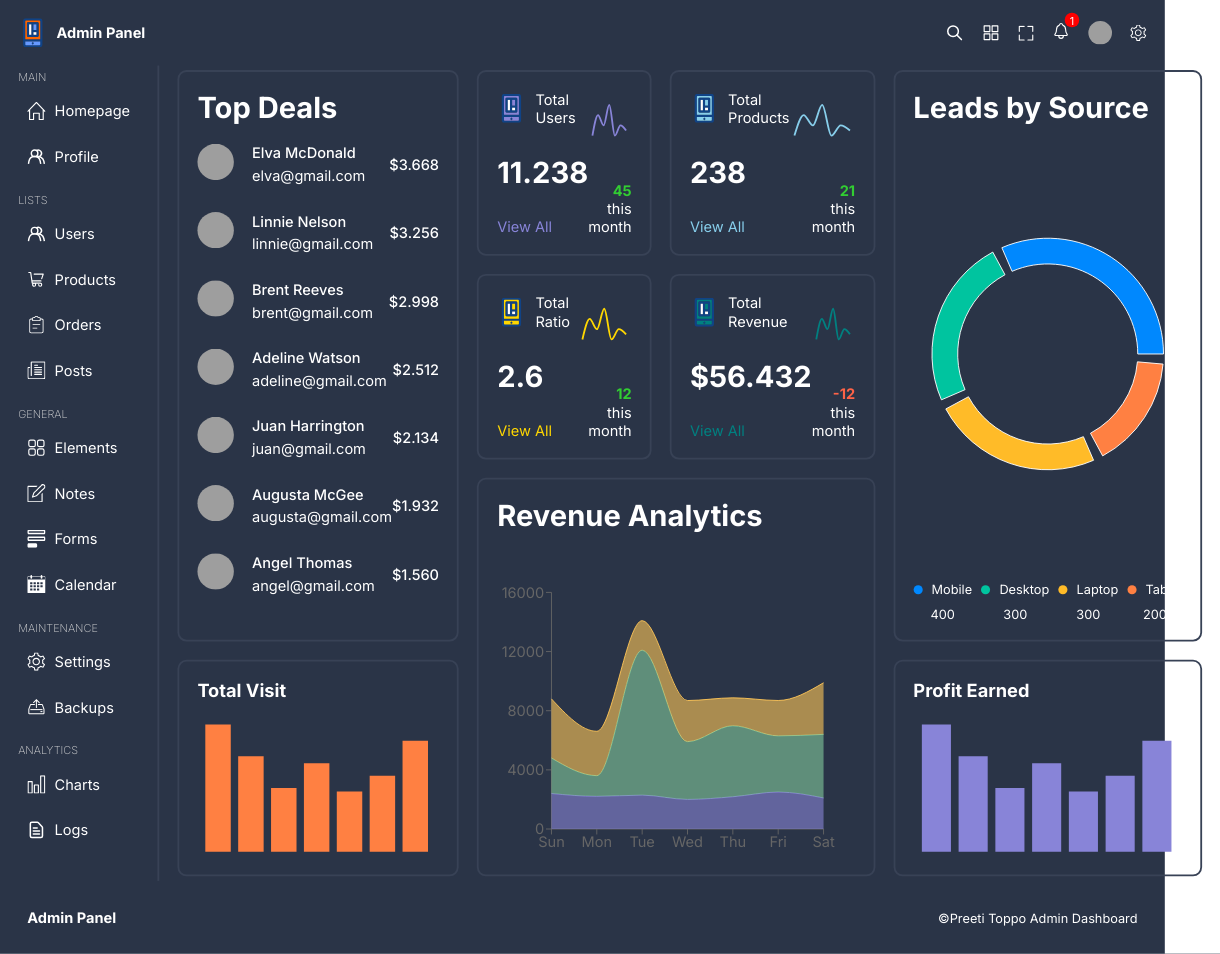
Repository: PreetiToppo/Dashboard
Page: / (app in Dashboard/)
These files come from the project's save history. The page is drawn as it stood at one moment and after the next save; the edit follows.
The browser window is 1280 px wide. The page is 1341 px wide, so the pictures cover 1341 px, including what lies to the right of the window. The pictures show the whole page, at 91% of full size.
Pictures or frames that could not be fetched are drawn as grey boxes. The project was rebuilt for these pictures with package versions that can differ from the ones it lists, and the page was loaded fresh each time. Also part of the build but not shown: Dashboard/vite.config.ts, Dashboard/src/components/dataTable/dataTable.scss, Dashboard/src/components/dataTable/DataTable.tsx, Dashboard/src/pages/users/users.scss, Dashboard/src/components/add/add.scss, Dashboard/src/components/add/Add.tsx, Dashboard/src/pages/users/Users.tsx, Dashboard/src/pages/products/products.scss and 8 more.

Above is the page before, as saved 2023-08-16 23:36:04.

### Dashboard/src/App.tsx
import Home from "./pages/home/Home"
import {
  createBrowserRouter,
  RouterProvider,
  Outlet,
} from "react-router-dom"
import Users from "./pages/users/Users"
import Products from "./pages/products/Products"
import {Navbar} from "./components/navbar/Navbar"
import { Footer } from "./components/footer/Footer"
import { Menu } from "./components/menu/Menu"
import Login from "./pages/login/Login"
import "./styles/global.scss"
import User from "./pages/user/User"
import Product from "./pages/product/Product"
import { QueryClientProvider, QueryClient } from "@tanstack/react-query"

const queryClient=new QueryClient();
function App() {

  const Layout = () => {
    return (
      <div className="main">
        <Navbar />
        <div className="container">
          <div className="menuContainer">
            <Menu/>
          </div>
          <div className="contentContainer">
            <QueryClientProvider client={queryClient}>
            <Outlet/>
            </QueryClientProvider>

          </div>
        </div>
        <Footer/>
      </div>
    )
  }

  const router = createBrowserRouter ( [
    {
      path: "/",
      element: <Layout/>,
      children:[
        {
          path: "/",
          element:<Home />,
        },
        {
          path:"/users",
          element :<Users/>
        },
        {
          path :"/products",
          element :  <Products/>
        },
        {
          path :"/users/:id",
          element :  <User/>
        },
        {
          path :"/products/:id",
          element :  <Product/>
        },
        ]
    },
    {
      path:"/login",
      element:<Login/>
    }
  ])

  return (
    <RouterProvider router = {router}/>
  )
}

export default App

### Dashboard/src/pages/home/Home.tsx
import BarChartBox from "../../components/barChartBox/BarChartBox"
import BigChartBox from "../../components/bigChartBox.tsx/BigChartBox"

import ChartBox from "../../components/chartBox/ChartBox"
import PieChartBox from "../../components/pieChartBox/PieChartBox"
import TopBox from "../../components/topBox/TopBox"
import { barChartBoxRevenue, barChartBoxVisit, chartBoxConversion, chartBoxProduct, chartBoxRevenue, chartBoxUser } from "../../data"
import "./home.scss"
function Home() {
  return (
    <div className="home">
      <div className="box box1">
        <TopBox/>
      </div>
      <div className="box box2"><ChartBox {...chartBoxUser}/></div>
      <div className="box box3"><ChartBox {...chartBoxProduct}/></div>
      <div className="box box4"><PieChartBox/></div>
      <div className="box box5"><ChartBox {...chartBoxConversion}/></div>
      <div className="box box6"><ChartBox {...chartBoxRevenue}/></div>
      <div className="box box7"><BigChartBox/></div>
      <div className="box box8"><BarChartBox {...barChartBoxVisit}/></div>
      <div className="box box9"><BarChartBox {...barChartBoxRevenue}/></div>
    </div>
  )
}

export default Home

### Dashboard/src/components/navbar/Navbar.tsx
import './navbar.scss'

export const Navbar = () => {
  return (
    <div className='navbar'>
      <div className="logo">
        <img src="logo.svg" alt="" />
        <span>Admin Panel</span>
      </div>
      <div className="icons">
        <img src="/search.svg" alt="" />
        <img src="/app.svg" alt="" />
        <img src="expand.svg" alt="" />
        <div className="notification">
          <img src="/notifications.svg" alt="" />
          <span>1</span>
        </div>
        <div className="user">
          <img src="https://images.unsplash.com/photo-1616325629936-99a9013c29c6?ixlib=rb-4.0.3&ixid=M3wxMjA3fDB8MHxwaG90by1wYWdlfHx8fGVufDB8fHx8fA%3D%3D&auto=format&fit=crop&w=387&q=80" alt="" />
        </div>
        <img src="settings.svg" alt="" />
      </div>
    </div>
  )
}

### Dashboard/src/components/footer/Footer.tsx
import './footer.scss'

export const Footer = () => {
  return (
    <div className='footer'>
      <span>Admin Panel</span>
      <span>©Preeti Toppo Admin Dashboard</span>
    </div>
  )
}

### Dashboard/src/components/menu/Menu.tsx
import { Link } from 'react-router-dom'
import './menu.scss'
import {menu} from "../../data"

export const Menu = () => {
  return (
    <div className='menu'>
      {
        menu.map((item) => (
          <div className="item" key = {item.id}>
          <span className="title">{item.title}</span>
          {
            item.listItems.map((listItem) => (
              <Link to={listItem.url} className='listItem' key={listItem.id}>
          <img src={listItem.icon} alt="" />
          <span className='listItemTitle'>{listItem.title}</span>
          </Link>
            ))
          }
        </div>
        ))
      }
    </div>
  )
}

### Dashboard/src/styles/global.scss
@import "./variables.scss";
@import "./responsive.scss";

* {
  margin: 0;
  padding: 0;
  box-sizing: border-box;
}

a {
  text-decoration: none;
  color: inherit;
}

.main {
  font-family: "Inter", sans-serif;
  background-color: $main-bg;
  color: $main-color;
}

.container{
  display: flex;
}

.menuContainer {
  width: 250px;
  padding: 5px 20px;
  border-right:2px solid $soft-bg;

  @include lg{
    width: max-content;
  }
}

.contentContainer {
  width: 100%;
  padding: 5px 20px;
}

### Dashboard/src/components/barChartBox/BarChartBox.tsx
import { Bar, BarChart, ResponsiveContainer, Tooltip } from "recharts"
import "./barChatBox.css"

type Props = {
    title: string;
    color: string;
    dataKey: string;
    chartData: object[];
}
function BarChartBox(props: Props) {
  return (
    <div className="barChartBox">
        <h1>{props.title}</h1>
        <div className="chart">
            <ResponsiveContainer width="99%" height={150}>
                <BarChart data={props.chartData}>
                    <Tooltip contentStyle={{background:"#2a3447", borderRadius:"5px"}}
                    labelStyle={{display:"none"}}
                    cursor={{fill:"none"}} />
                    <Bar dataKey={props.dataKey} fill={props.color} />
                </BarChart>
            </ResponsiveContainer>
        </div>
    </div>
  )
}

export default BarChartBox

### Dashboard/src/components/bigChartBox.tsx/BigChartBox.tsx
import {
    Area,
    AreaChart,
    ResponsiveContainer,
    Tooltip,
    XAxis,
    YAxis,
  } from "recharts";
  import "./bigChartBox.scss";

  const data = [
    {
      name: "Sun",
      books: 4000,
      clothes: 2400,
      electronic: 2400,
    },
    {
      name: "Mon",
      books: 3000,
      clothes: 1398,
      electronic: 2210,
    },
    {
      name: "Tue",
      books: 2000,
      clothes: 9800,
      electronic: 2290,
    },
    {
      name: "Wed",
      books: 2780,
      clothes: 3908,
      electronic: 2000,
    },
    {
      name: "Thu",
      books: 1890,
      clothes: 4800,
      electronic: 2181,
    },
    {
      name: "Fri",
      books: 2390,
      clothes: 3800,
      electronic: 2500,
    },
    {
      name: "Sat",
      books: 3490,
      clothes: 4300,
      electronic: 2100,
    },
  ];

  const BigChartBox = () => {
    return (
      <div className="bigChartBox">
        <h1>Revenue Analytics</h1>
        <div className="chart">
          <ResponsiveContainer width="99%" height="100%">
            <AreaChart
              data={data}
              margin={{
                top: 10,
                right: 30,
                left: 0,
                bottom: 0,
              }}
            >
              <XAxis dataKey="name" />
              <YAxis />
              <Tooltip />
              <Area
                type="monotone"
                dataKey="electronic"
                stackId="1"
                stroke="#8884d8"
                fill="#8884d8"
              />
              <Area
                type="monotone"
                dataKey="clothes"
                stackId="1"
                stroke="#82ca9d"
                fill="#82ca9d"
              />
              <Area
                type="monotone"
                dataKey="books"
                stackId="1"
                stroke="#ffc658"
                fill="#ffc658"
              />
            </AreaChart>
          </ResponsiveContainer>
        </div>
      </div>
    );
  };

  export default BigChartBox;

### Dashboard/src/components/chartBox/ChartBox.tsx
import { ResponsiveContainer } from 'recharts'
import { LineChart, Line,Tooltip } from 'recharts'
import { Link} from 'react-router-dom';
import './chartBox.scss'

type Props = {
    color:string;
    icon:string;
    title:string;
    dataKey:string;
    number:number | string;
    percentage:number;
    chartData:object[];
}

function ChartBox(props: Props) {

  return (
    <div className='chartBox'>
        <div className="boxInfo">
            <div className="title">
                <img src={props.icon} alt="" />
                <span>{props.title}</span>
            </div>
            <h1>{props.number}</h1>
            <Link to="/" style={{color:props.color}}>
            View All</Link>
        </div>
        <div className="chartInfo">
            <div className="chart">
                <ResponsiveContainer width="99%" height="100%">
                    <LineChart data={props.chartData}>
                        <Tooltip
                         contentStyle={{ background: "transparent", border: "none" }}
                         labelStyle={{ display: "none" }}
                         position={{ x: 10, y: 60 }}/>
                        <Line type="monotone" dataKey={props.dataKey}stroke={props.color} strokeWidth={2} dot={false}/>
                    </LineChart>
                </ResponsiveContainer>
            </div>
            <div className="texts">
                <span className="percentage" style={{color:props.percentage<0 ? "tomato" : "limegreen"}}>{props.percentage}</span>
                <span className="duration">this month</span>
            </div>
        </div>
    </div>
  )
}

export default ChartBox

### Dashboard/src/components/pieChartBox/PieChartBox.tsx
import { Cell, Pie, PieChart, ResponsiveContainer, Tooltip } from "recharts"
import "./pieChartBox.scss"

export default function PieChartBox() {

    const data = [
        { name: "Mobile", value: 400, color: "#0088FE"},
        { name: "Desktop", value: 300, color: "#00C49F"},
        { name: "Laptop", value: 300, color: "#FFBB28"},
        { name: "Tablet", value: 200, color: "#FF8042"},
    ]
  return (
    <div className="pieChartBox">
        <h1>Leads by Source</h1>
        <div className="chart">
            <ResponsiveContainer width="99%" height={300}>
            <PieChart>
            <Tooltip
              contentStyle={{ background: "white", borderRadius: "5px" }}
            />
            <Pie
              data={data}
              innerRadius={"70%"}
              outerRadius={"90%"}
              paddingAngle={5}
              dataKey="value"
            >
              {data.map((item) => (
                <Cell key={item.name} fill={item.color} />
              ))}
            </Pie>
          </PieChart>
            </ResponsiveContainer>
        </div>
        <div className="options">
            {data.map(item => (
                <div className="option" key={item.name}>
                    <div className="title">
                    <div className="dot" style={{backgroundColor: item.color}}></div>
                    <span>{item.name}</span>
                </div>
                <span>{item.value}</span>
                </div>

            ))}
        </div>
    </div>
  )
}

### Dashboard/src/components/topBox/TopBox.tsx
import './topBox.scss'
import {topDealUsers} from "../../data.ts"

function TopBox() {
  return (
    <div className='topBox'>
        <h1>Top Deals</h1>
        <div className="list">
            {topDealUsers.map((user) => (
                <div className="listItem" key={user.id}>
                    <div className="user">
                        <img src={user.img} alt="" />
                        <div className="userTexts">
                            <span className="username">{user.username}</span>
                            <span className="email">{user.email}</span>
                        </div>
                    </div>
                    <span className="amount">${user.amount}</span>
                </div>

               ))}
        </div>
    </div>
  )
}

export default TopBox

### Dashboard/src/pages/home/home.scss
@import '../../styles/variables.scss';
@import "../../styles/responsive.scss";
.home{

    display: grid;
    gap: 20px;
    grid-template-columns: 1fr 1fr 1fr 1fr;
    grid-auto-rows: minmax(180px,auto);
    grid-auto-flow: dense;

    @include xl {
        grid-template-columns: repeat(3, 1fr);
    }

    @include lg {
        grid-template-columns: repeat(2, 1fr);
    }

    @include md {
        grid-template-columns: repeat(1, 1fr);
    }

    @include sm {
        grid-auto-rows: minmax(120px,auto);
    }

    .box {
        padding: 20px;
        border-radius: 10px;
        border: 2px solid $soft-bg;
    }

    .box1{
        grid-column: span 1;
        grid-row: span 3;
    }

    .box4{
        grid-column: span 1;
        grid-row: span 3;
    }

    .box7{
        grid-column: span 2;
        grid-row: span 2;

        @include md {
           display: none;
        }
    }
}

### Dashboard/src/components/navbar/navbar.scss
@import "../../styles/responsive.scss";
.navbar {
    width: 100%;
    padding: 20px;
    display: flex;
    align-items: center;
    justify-content: space-between;

    .logo {
        display: flex;
        align-items: center;
        font-weight: bold;
        gap: 10px;
    }

    .icons{
        display:flex;
        align-items: center;
        gap: 20px;

        .icons{
            @include sm{
                display: none;
            }
        }

        .notification {
            position: relative;

            span{
                background: red;
                color: white;
                width: 16px;
                height: 16px;
                border-radius: 50%;
                position: absolute;
                top: -10px;
                right: -10px;
                display: flex;
                align-items: center;
                justify-content: center;
                font-size: 12px;
            }
        }

    .user {
        display: flex;
        align-items: center;
        gap: 10px;

        img{
            width: 26px;
            height: 26px;
            border-radius:50%;
            object-fit: cover;;
        }
    }
}
}

### Dashboard/src/components/footer/footer.scss
.footer{
    display: flex;
    align-items: center;
    justify-content: space-between;
    padding: 30px;

    span {

        &:first-child{
            font-weight: bold;
        }

        &:last-child{
            font-size: 14px;
        }
    }
}

### Dashboard/src/components/menu/menu.scss
@import "../../styles/variables.scss";
@import "../../styles/responsive.scss";
.menu {

    .item {
        display:flex;
        flex-direction: column;
        gap: 10px;
        margin-bottom: 20px;

        .title {
            font-size: 12px;
            font-weight: 200;
            color: $soft-color;
            text-transform: uppercase;

            @include lg{
                display: none;
            }
        }

        .listItem {
            display:flex;
            align-items: center;
            gap: 10px;
            padding: 10px;
            border-radius: 5px;

            &:hover{
                background: $soft-color;
                color: black;
            }

            .listItemTitle{
                @include lg{
                    display: none;
                }
            }
        }
    }
}

### Dashboard/src/styles/responsive.scss
$sm:480px;
$md:768px;
$lg:1024px;
$xl:1200px;
$xxl:1600px;

@mixin sm {
  @media (max-width: $sm) {
    @content;
  }
}

@mixin md {
  @media (max-width: $md) {
    @content;
  }
}

@mixin lg {
  @media (max-width: $lg) {
    @content;
  }
}

@mixin xl {
  @media (max-width: $xl) {
    @content;
  }
}

@mixin xxl {
  @media (max-width: $xxl) {
    @content;
  }
}

### Dashboard/src/components/barChartBox/barChatBox.css
.barChartBox {
  width: 100%;
  height: 100%;

  h1 {
    font-size: 20px;
    margin-bottom: 20px;
  }
}

### Dashboard/src/components/bigChartBox.tsx/bigChartBox.scss
// @import "../../styles/responsive.scss";

.bigChartBox{
  width: 100%;
  height: 100%;
  display: flex;
  flex-direction: column;
  justify-content: space-between;

  h1{
//     @include xxl{
//       font-size: 24px;
//     }
  }
  .chart{
    width: 100%;
    height: 300px;
  }
}

### Dashboard/src/components/chartBox/chartBox.scss
@import "../../styles/responsive.scss";
.chartBox{
    display: flex;
    height: 100%;

    @include sm{
       flex-direction: column;
    }

    .boxInfo{
        flex: 3;
        display: flex;
        flex-direction: column;
        justify-content: space-between;

        @include sm{
            gap: 20px;
        }

        .title{
            display: flex;
            align-items: center;
            gap: 10px;

            @include xxl{
                font-style: 14px;
            }
        }
        h1{
            @include xxl{
                font-style: 20px;
            }
        }
    }

    .chartInfo{
        flex: 2;
        display: flex;
        flex-direction: column;
        justify-content: space-between;

        .chart{
            width: 100%;
            height: 100%;
        }

        .texts{
            display: flex;
            flex-direction: column;
            text-align: right;
        }

        .percentage{
            font-weight: bold;
            font-style: 20px;

            @include xxl{
                font-style: 16px;
            }
        }

        .duration{
            font-style: 14px;
        }
    }
}

### Dashboard/src/components/pieChartBox/pieChartBox.scss

.pieChartBox {
  height: 100%;
  display: flex;
  flex-direction: column;
  justify-content: space-between;

  .chart {
    display: flex;
    align-items: center;
    justify-content: center;
    width: 100%;
    height: 100%;
  }

  .options {
    display: flex;
    justify-content: space-between;
    gap: 10px;
    font-size: 14px;

    .option {
      display: flex;
      flex-direction: column;
      gap: 10px;
      align-items: center;

      .title {
        display: flex;
        gap: 10px;
        align-items: center;

        .dot {
          width: 10px;
          height: 10px;
          border-radius: 50%;
        }
      }
    }
  }
}

### Dashboard/src/components/topBox/topBox.scss
.topBox {

    h1{
        margin-bottom: 20px;
    }

    .list {

        .listItem{
            display: flex;
            justify-content: space-between;
            align-items: center;
            margin-bottom: 30px;

            .user{
                display: flex;
                gap: 20px;

                img{
                    width: 40px;
                    height: 40px;
                    border-radius: 50%;
                    object-fit: cover;
                }

                .userTexts{
                    display: flex;
                    flex-direction: column;
                    gap: 5px;

                    .username{
                        font-style: 14px;
                        font-weight: 500;
                    }

                    .email{
                        font-style: 12px;
                    }
                }
            }

            .amount {
                font-weight: 500;
            }
        }
    }
}

Loaded but not shown: Dashboard/index.html (common file); Dashboard/src/main.tsx (common file); Dashboard/src/data.ts (common file); Dashboard/src/styles/variables.scss (common file)

After the next save:
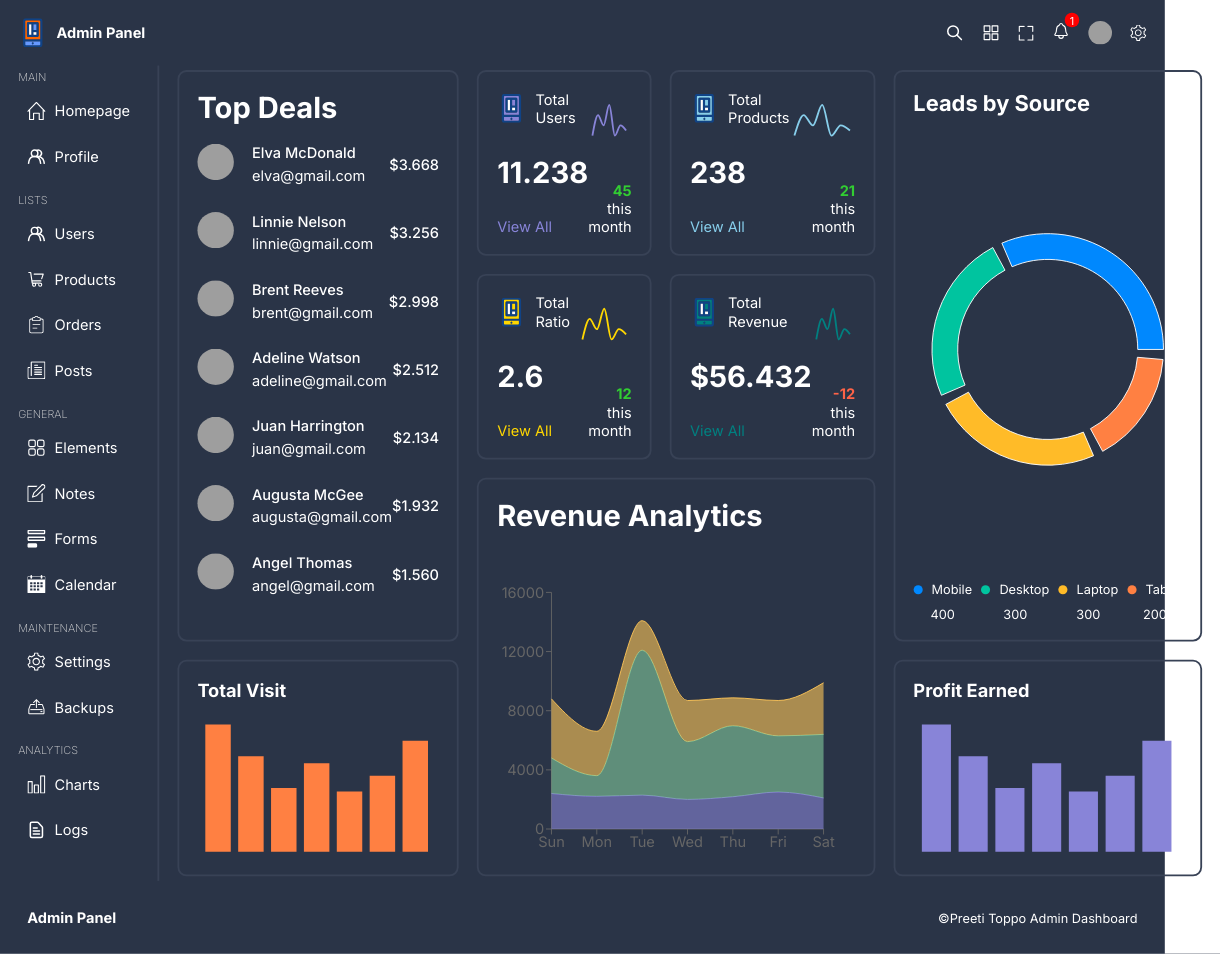
Saved 2 min 17 s later.
--- a/Dashboard/src/components/pieChartBox/pieChartBox.scss
+++ b/Dashboard/src/components/pieChartBox/pieChartBox.scss
@@ -1,10 +1,15 @@
-
+@import "../../styles/responsive.scss";
 .pieChartBox {
   height: 100%;
   display: flex;
   flex-direction: column;
   justify-content: space-between;
 
+  h1{
+    @include xxl{
+      font-size: 24px;
+    }
+  }
   .chart {
     display: flex;
     align-items: center;
